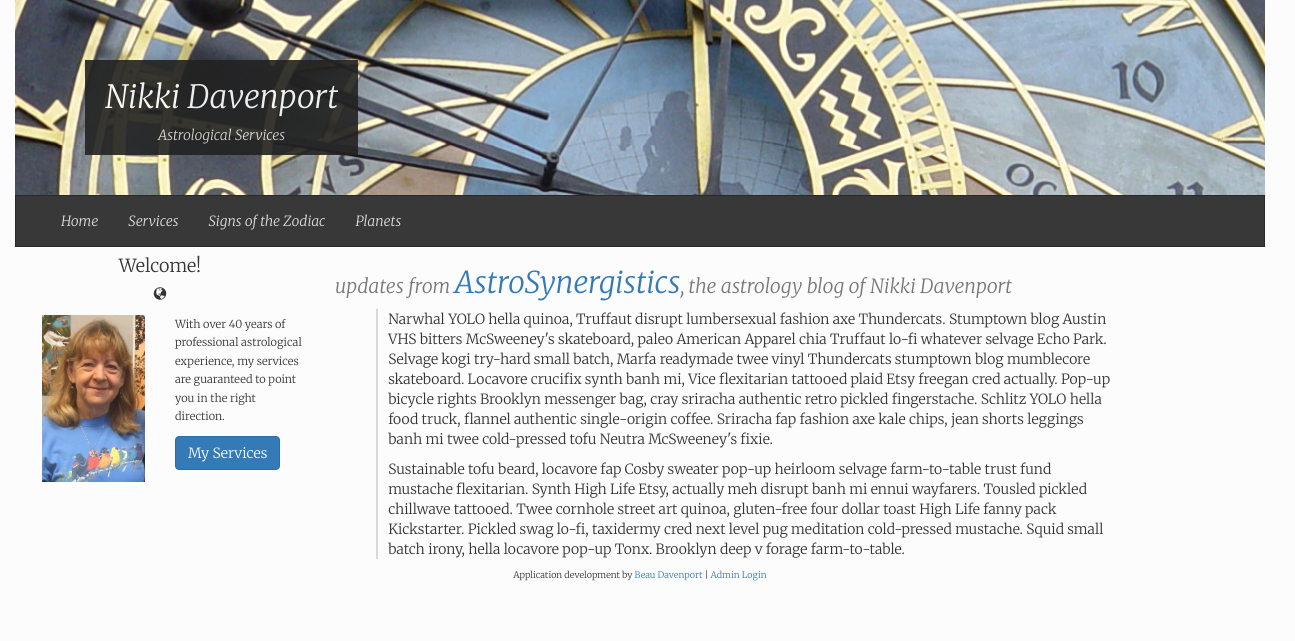
Repository: beaudavenport/astrologyDashboard
Page: prototype/index.html
The author's editor kept a record of every edit. The page is drawn from the files as they stood at one moment, then again after the next edit.
The browser window is 1280 px wide. The page is 1280 px wide, then 1295 px, so the pictures cover 1295 px, including what lies to the right of the window. The pictures show the whole page.
Some web libraries are served in a nearby version.

Above is the page before.

### prototype/index.html
<!DOCTYPE html>
<html>
<head>
    <title>Astro Dash Prototype</title>
    <link href='//fonts.googleapis.com/css?family=Merriweather:300italic,300' rel='stylesheet' type='text/css'>
    <link href="//maxcdn.bootstrapcdn.com/bootstrap/3.2.0/css/bootstrap.min.css" rel="stylesheet">
    <link href="assets/stylesheets/add-on-css.css" rel="stylesheet">
    <meta content="width=device-width, initial-scale=1" name="viewport">
</head>
<body>

    <!-- Banner with heading and navbar -->
    <div class="container-fluid">
    <div class="row">
    <div class="col-xs-12 col-sm-12 col-md-12">
    <div class="banner">
        <div class="spacer">
        </div>
        <div class="banner-title">
            <h1>Nikki Davenport</h1>
            <p class="text-light">Astrological Services</p>
        </div>
        <nav class="navbar navbar-default navbar-banner" role="navigation">
            <div class="container-fluid">
                <div class="navbar-header">
                    <button type="button" class="navbar-toggle collapsed" data-toggle="collapse" data-target="#bs-example-navbar-collapse-1">
                        <span class="sr-only">Toggle navigation</span>
                        <span class="icon-bar"></span>
                        <span class="icon-bar"></span>
                        <span class="icon-bar"></span>
                    </button>
                </div>
                <div class="collapse navbar-collapse" id="bs-example-navbar-collapse-1">
                    <ul class="nav navbar-nav">
                      <li><a href="#">Home</a></li>
                      <li><a href="services.html">Services</a></li>
                      <li><a href="#">Signs of the Zodiac</a></li>
                      <li><a href="#">Planets</a></li>
                    </ul>
                </div>
            </div>
        </nav>
    </div>
    </div>

    <!-- content area -->
    <div class="container-fluid">
        <div class="row">

            <!-- about panel -->
            <div class="col-md-3 col-sm-4 col-xs-12 about">
                <div class="row text-center">
                    <h4>Welcome!</h4>
                    <p><span class="glyphicon glyphicon-globe"></span></p>
                </div>
                <div class="row">
                    <div class="col-md-5 col-md-offset-1 col-sm-5 col-sm-offset-1 col-xs-6">
                        <img src="assets/images/nikki-profile.jpg" />
                    </div>
                    <div class="col-md-6 col-sm-6 col-xs-6">
                        <p><small>With over 40 years of professional astrological experience, my services are
                        guaranteed to point you in the right direction.</small></p>
                        <a class="btn btn-primary" href="services.html">My Services</a>
                    </div>
                </div>
            </div>
            <div class="col-md-8 col-sm-7 col-xs-12">
                <h2><em><small>updates from </small><a href="//nikiastro.wordpress.com/">AstroSynergistics</a><small>, the astrology blog of Nikki Davenport</small></em></h2>
                <div class="blog-content">
                    <p>Narwhal YOLO hella quinoa, Truffaut disrupt lumbersexual fashion axe Thundercats. Stumptown blog Austin VHS bitters McSweeney's skateboard, paleo
                    American Apparel chia Truffaut lo-fi whatever selvage Echo Park. Selvage kogi try-hard small batch, Marfa readymade twee vinyl Thundercats
                    stumptown blog mumblecore skateboard. Locavore crucifix synth banh mi, Vice flexitarian tattooed plaid Etsy freegan cred actually.
                    Pop-up bicycle rights Brooklyn messenger bag, cray sriracha authentic retro pickled fingerstache. Schlitz YOLO hella food truck,
                    flannel authentic single-origin coffee. Sriracha fap fashion axe kale chips, jean shorts leggings banh mi twee cold-pressed tofu Neutra McSweeney's fixie.
                    </p>
                    <p>Sustainable tofu beard, locavore fap Cosby sweater pop-up heirloom selvage farm-to-table trust fund mustache flexitarian.
                    Synth High Life Etsy, actually meh disrupt banh mi ennui wayfarers. Tousled pickled chillwave tattooed. Twee cornhole street art quinoa,
                    gluten-free four dollar toast High Life fanny pack Kickstarter. Pickled swag lo-fi, taxidermy cred next level pug meditation cold-pressed mustache.
                    Squid small batch irony, hella locavore pop-up Tonx. Brooklyn deep v forage farm-to-table.
                    </p>
                </div>
            </div>
        </div>
    </div>
    <div class="footer">
        <p>Application development by <a href="//beaudavenport.github.io">Beau Davenport</a> | <a href="admin">Admin Login</a></p>
    </div>
    <script src="//cdnjs.cloudflare.com/ajax/libs/jquery/2.1.1/jquery.min.js"></script>
    <script src="//maxcdn.bootstrapcdn.com/bootstrap/3.3.1/js/bootstrap.min.js"></script>
</body>
</html>

### prototype/assets/stylesheets/add-on-css.css
body {
    background-color: #FCFCFC;
    font-family: 'Merriweather', serif;
}
img {
    max-width: 100%;
}
.banner {
    font-style: italic;
    height: 100px;
    background-image: url("../images/nikiastro-banner-moon2.png");
    background-position: center;
    background-size: 200%;
    color: white;
    text-align: center;
}
.banner-title {
    background-color: #222;
    opacity: 0.9;
    color: white;
    padding-left: 20px;
    padding-right: 20px;
    display: inline-block;
    text-align: center;
    margin-bottom: 5px;
}
.banner-title h1 {
    font-size: x-large;
}
.spacer {
    height: 5px;
}
@media (min-width: 768px) {
    .banner {
        height: 150px;
        background-size: 125%;
        text-align: left;
    }
    .spacer {
        height: 30px;
    }
    .banner-title {
        margin-left: 50px;
        margin-bottom: 30px;
    }
    .banner-title h1 {
        font-size: x-large;
    }
    .blog-content {
        border-left: 2px solid #D8D8D8;
        padding-left: 10px;
    }
}
@media (min-width: 992px) {
    .banner {
        height: 200px;
        text-align: left;
    }
    .spacer {
        height: 60px;
    }
    .banner-title {
        margin-left: 70px;
        margin-bottom: 40px;
    }
    .banner-title h1 {
        font-size: xx-large;
    }
}

.footer {
    text-align: center;
    font-size: xx-small;
}
.profile-pic {
    width: 30%;
    margin: 0 auto;
}

@media(max-width: 768px) {
    .about {
        padding-bottom: 20px;
    }
    .blog-content {
        border-top: 2px solid #D8D8D8;
        padding-top: 10px;
    }
}
.blog-content {
    width: 90%;
    margin: 0 auto;
}
.about {
    font-size: small;
}
.navbar-banner {
    background-color: #383838;
    border-radius: 0;
    border: 1px solid #292929;
}
.navbar-banner a {
    color: #DEDEDE !important;
}
.navbar-banner a:hover {
    color: #F2F2F2 !important;
}
.text-light {
    color: 	#DEDEDE;
}

After the next edit:
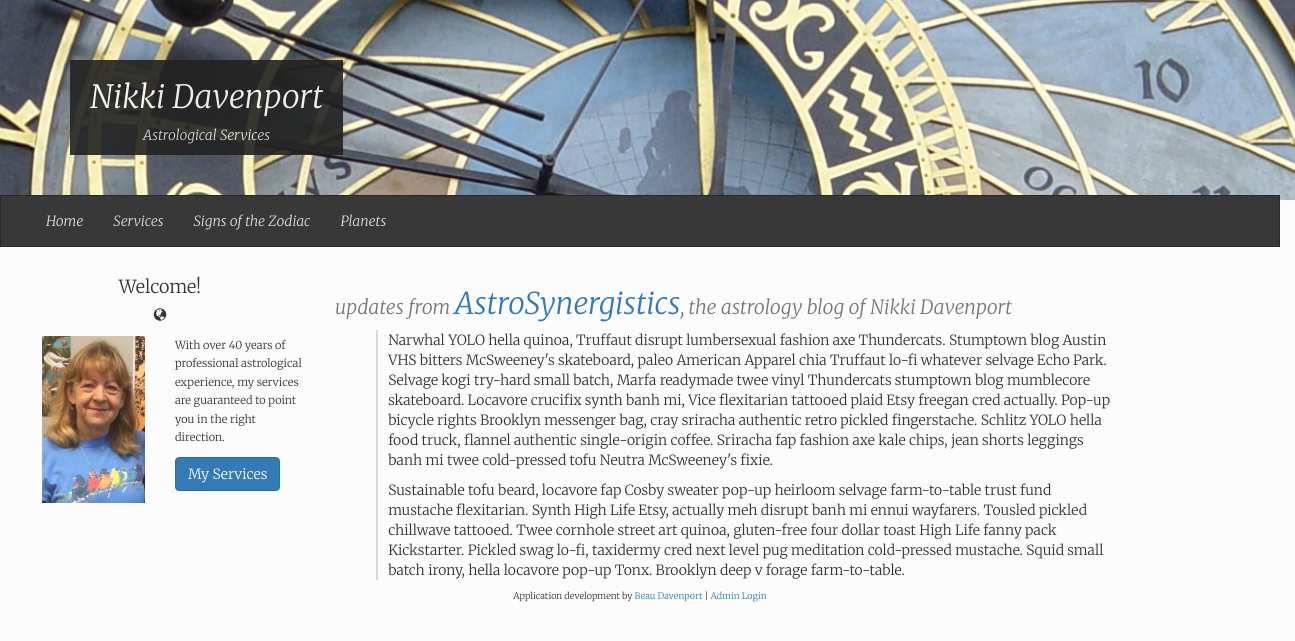
The edit:
--- a/prototype/index.html
+++ b/prototype/index.html
@@ -12,8 +12,9 @@
     <!-- Banner with heading and navbar -->
     <div class="container-fluid">
     <div class="row">
-    <div class="col-xs-12 col-sm-12 col-md-12">
-    <div class="banner">
+
+    <div class="banner row">
+        <div class="col-xs-12 col-sm-12 col-md-12">
         <div class="spacer">
         </div>
         <div class="banner-title">
